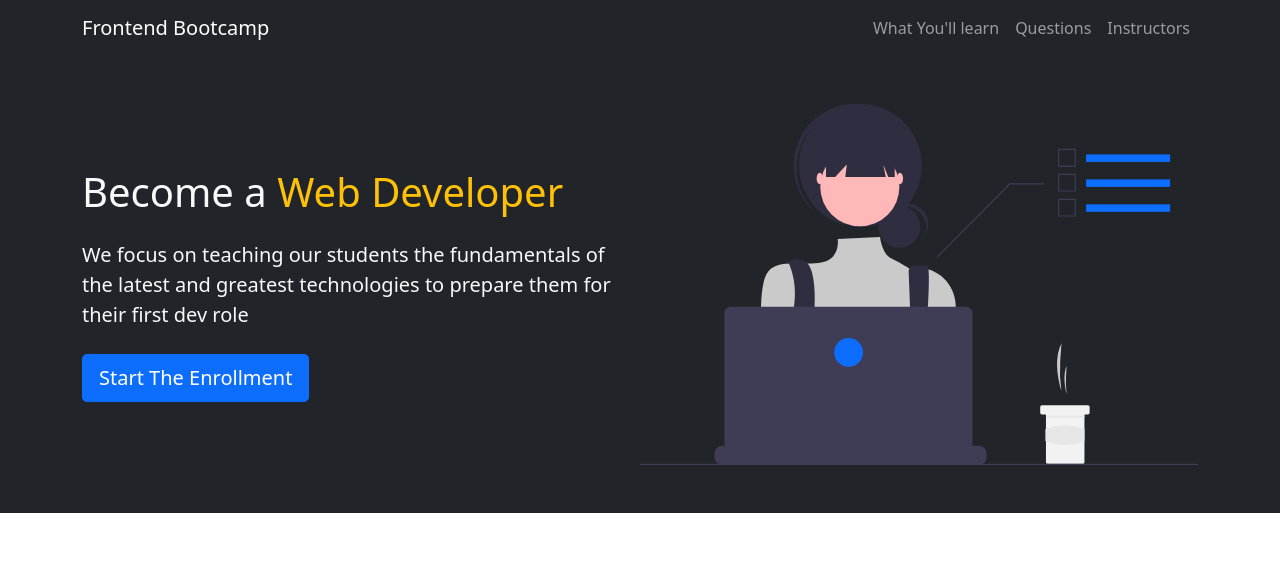
Repository: Marhamat92/Bootstrap5-Responsive-Website-
Page: index.html
These files come from the project's save history. The page is drawn as it stood at one moment and after the next save; the edit follows.
The browser window is 1280 px wide. The pictures show the whole page.

Above is the page before, as saved 2021-09-18 16:25:10.

### index.html
<!DOCTYPE html>
<html lang="en">

<head>
    <meta charset="UTF-8">
    <meta http-equiv="X-UA-Compatible" content="IE=edge">
    <meta name="viewport" content="width=device-width, initial-scale=1.0">
    <link href="https://cdn.jsdelivr.net/npm/bootstrap@5.0.2/dist/css/bootstrap.min.css" rel="stylesheet"
        integrity="sha384-EVSTQN3/azprG1Anm3QDgpJLIm9Nao0Yz1ztcQTwFspd3yD65VohhpuuCOmLASjC" crossorigin="anonymous">
    <link rel="stylesheet" href="style.css">
    <title>Frontend Bootcamp</title>

</head>

<body>
    <!--Navbar-->
    <nav class="navbar navbar-expand-lg bg-dark navbar-dark">
        <div class="container">
            <a href="#" class="navbar-brand">Frontend Bootcamp</a>
            <button class="navbar-toggler" type="button" data-bs-toggle="collapse" data-bs-target="#navmenu">
                <span class="navbar-toggler-icon"></span>
            </button>
            <div class="collapse navbar-collapse" id="navmenu">
                <ul class="navbar-nav ms-auto">
                    <li class="nav-item">
                        <a href="#learn" class="nav-link">What You'll learn</a>
                    </li>
                    <li class="nav-item">
                        <a href="#questions" class="nav-link">Questions</a>
                    </li>
                    <li class="nav-item">
                        <a href="#instructors" class="nav-link">Instructors</a>
                    </li>
                </ul>
            </div>
        </div>
    </nav>

<!--Showcase-->

<section class="bg-dark text-light p-5 text-center text-sm-start">
    <div class="container">
      <div class="d-sm-flex align-items-center justify-content-between">
          <div>
              <h1>Become a <span class="text-warning">Web Developer</span> </h1>
              <p class="lead my-4">We focus on teaching our students the fundamentals of the latest and
                  greatest technologies to prepare them for their first dev role
              </p>
              <button class="btn btn-primary btn-lg">Start The Enrollment</button>
          </div>
          <img class="img-fluid w-50 d-none d-sm-block" src="img/showcase.svg" alt="showcase">
      </div>
    </div>
</section>
























    <script src="https://cdn.jsdelivr.net/npm/bootstrap@5.0.2/dist/js/bootstrap.bundle.min.js"
        integrity="sha384-MrcW6ZMFYlzcLA8Nl+NtUVF0sA7MsXsP1UyJoMp4YLEuNSfAP+JcXn/tWtIaxVXM" crossorigin="anonymous">
    </script>
</body>

</html>

Loaded but not shown: style.css (no copy from this time; the picture is the same without it)

After the next save:
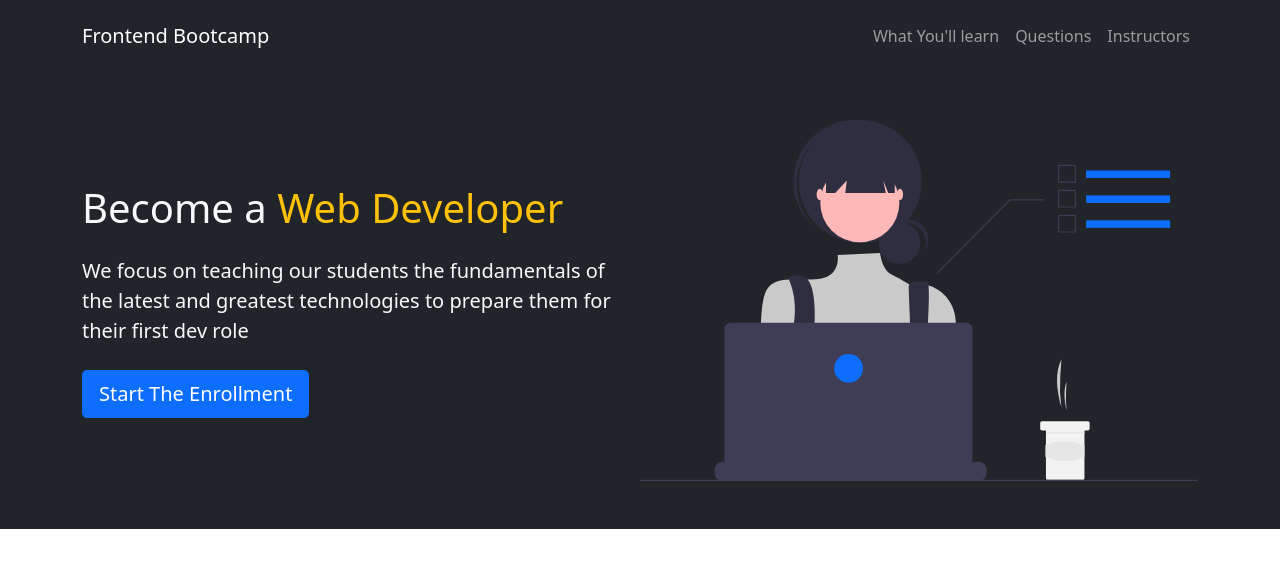
Saved 86 s later.
--- a/index.html
+++ b/index.html
@@ -14,7 +14,7 @@
 
 <body>
     <!--Navbar-->
-    <nav class="navbar navbar-expand-lg bg-dark navbar-dark">
+    <nav class="navbar navbar-expand-lg bg-dark navbar-dark py-3">
         <div class="container">
             <a href="#" class="navbar-brand">Frontend Bootcamp</a>
             <button class="navbar-toggler" type="button" data-bs-toggle="collapse" data-bs-target="#navmenu">
